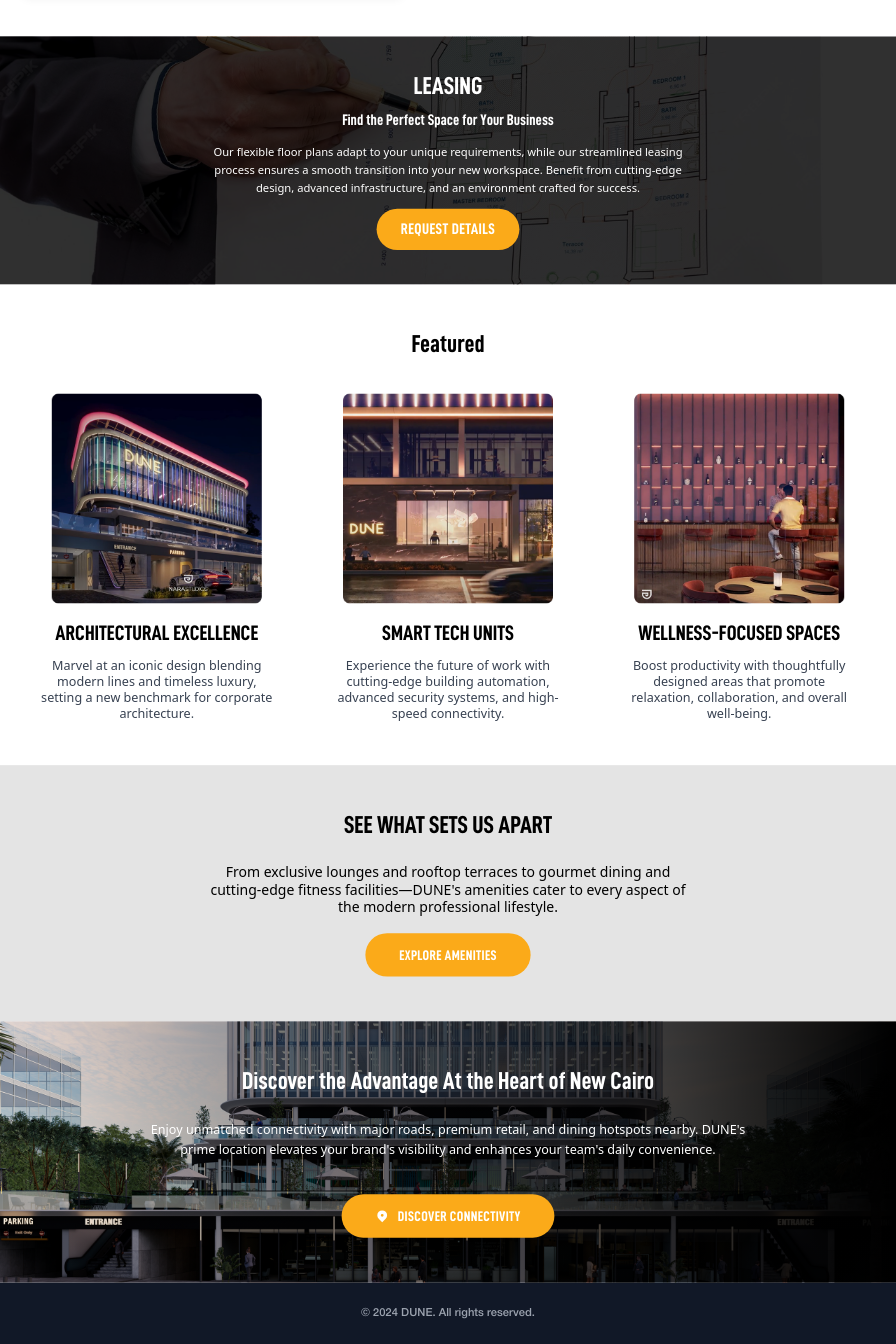
Repository: ahmedassr5765/dune
Page: index.html
The author's editor kept a copy of each file at every save. The page is drawn from the files as they stood at one save, then again after the next save.
The browser window is 1280 px wide. The pictures show the part of the page from y = 2053 to 3973 px (the page is 3973 px tall), at 70% of full size.
Some web libraries are served in a nearby version.

Above is the page before, as saved 2025-07-12 19:11:36.

After the next save:
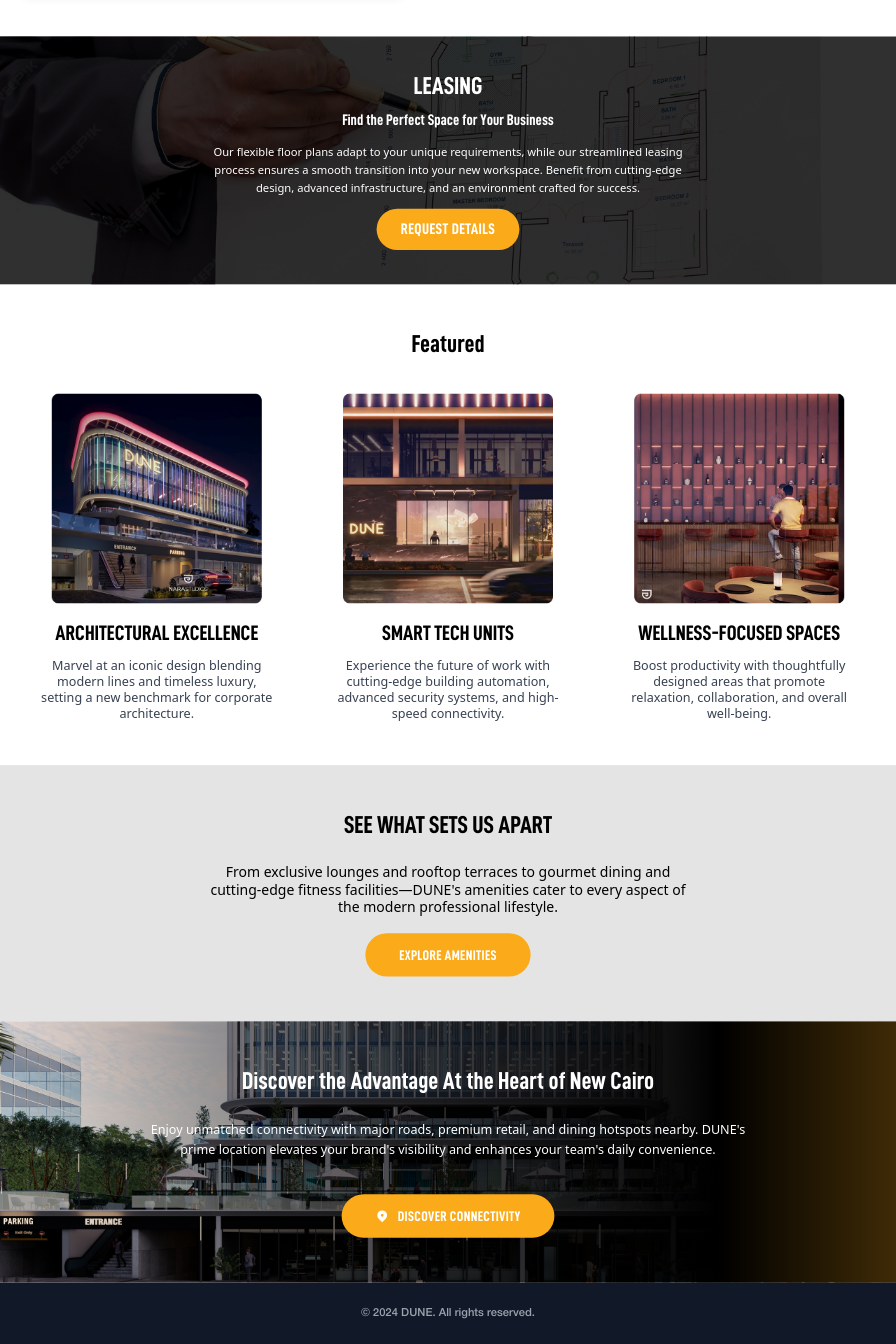
Saved 7 s later.
--- a/index.html
+++ b/index.html
@@ -400,7 +400,7 @@
     <section class="max-w-[1440px] mx-auto relative h-[373px] bg-cover bg-center bg-no-repeat" style="background-image: url('/images/discover.png');">
 
         <!-- Gradient Overlay -->
-        <div class="absolute inset-0" style="background: linear-gradient(to right, transparent, #000000 100%, #FBAA19 160%);"></div>
+        <div class="absolute inset-0" style="background: linear-gradient(to right, transparent, #000000 80%, #FBAA19 160%);"></div>
 
         <!-- Content -->
         <div class="relative z-10 h-full flex flex-col justify-center items-center text-center px-4 sm:px-6 lg:px-8">
